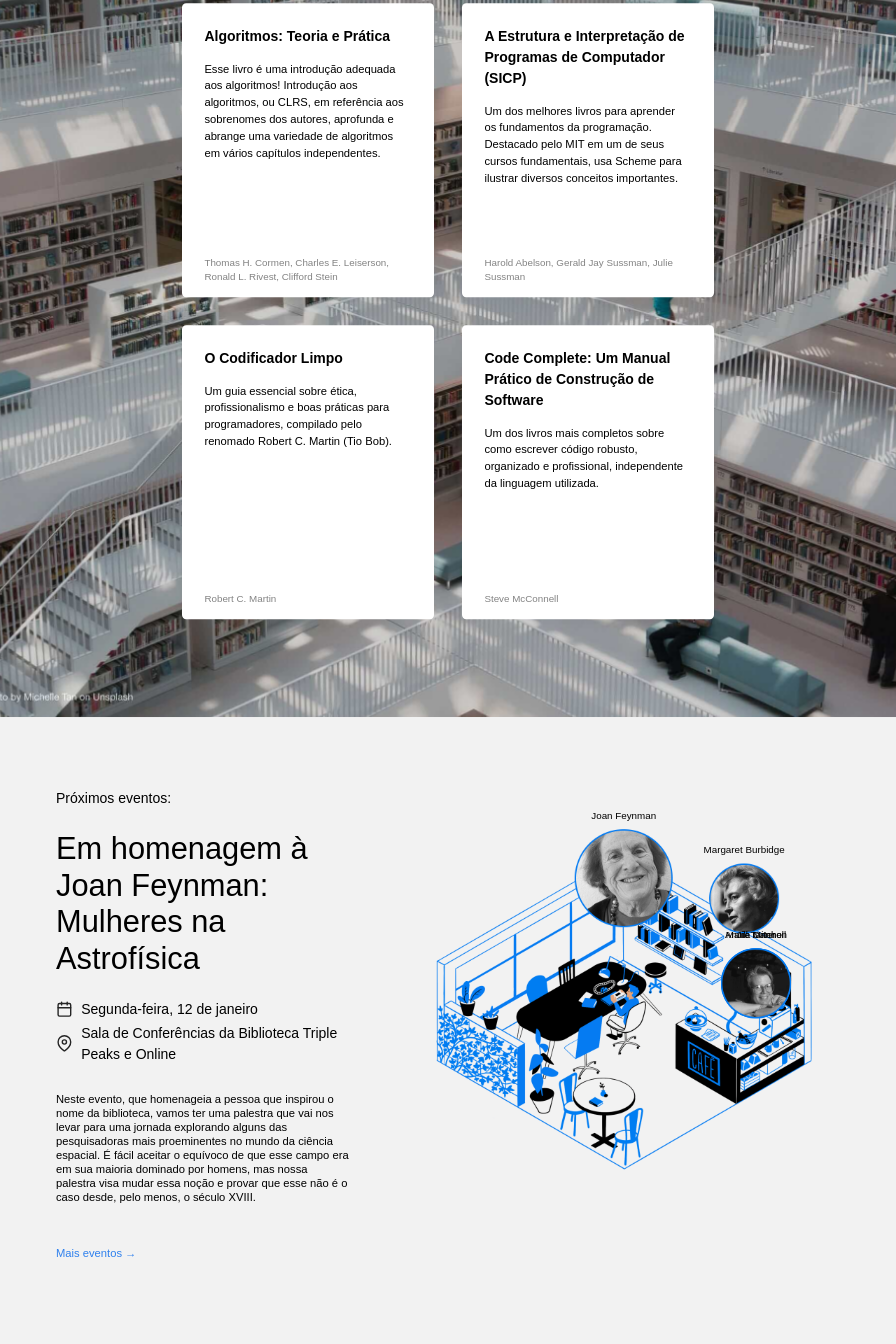
Repository: thainagomesc/web_project_library_pt
Page: index.html
These files come from the project's save history. The page is drawn as it stood at one moment and after the next save; the edit follows.
The browser window is 1280 px wide. The pictures show the part of the page from y = 962 to 2882 px (the page is 2882 px tall), at 70% of full size.

Above is the page before, as saved 2025-12-28 21:10:03.

After the next save:
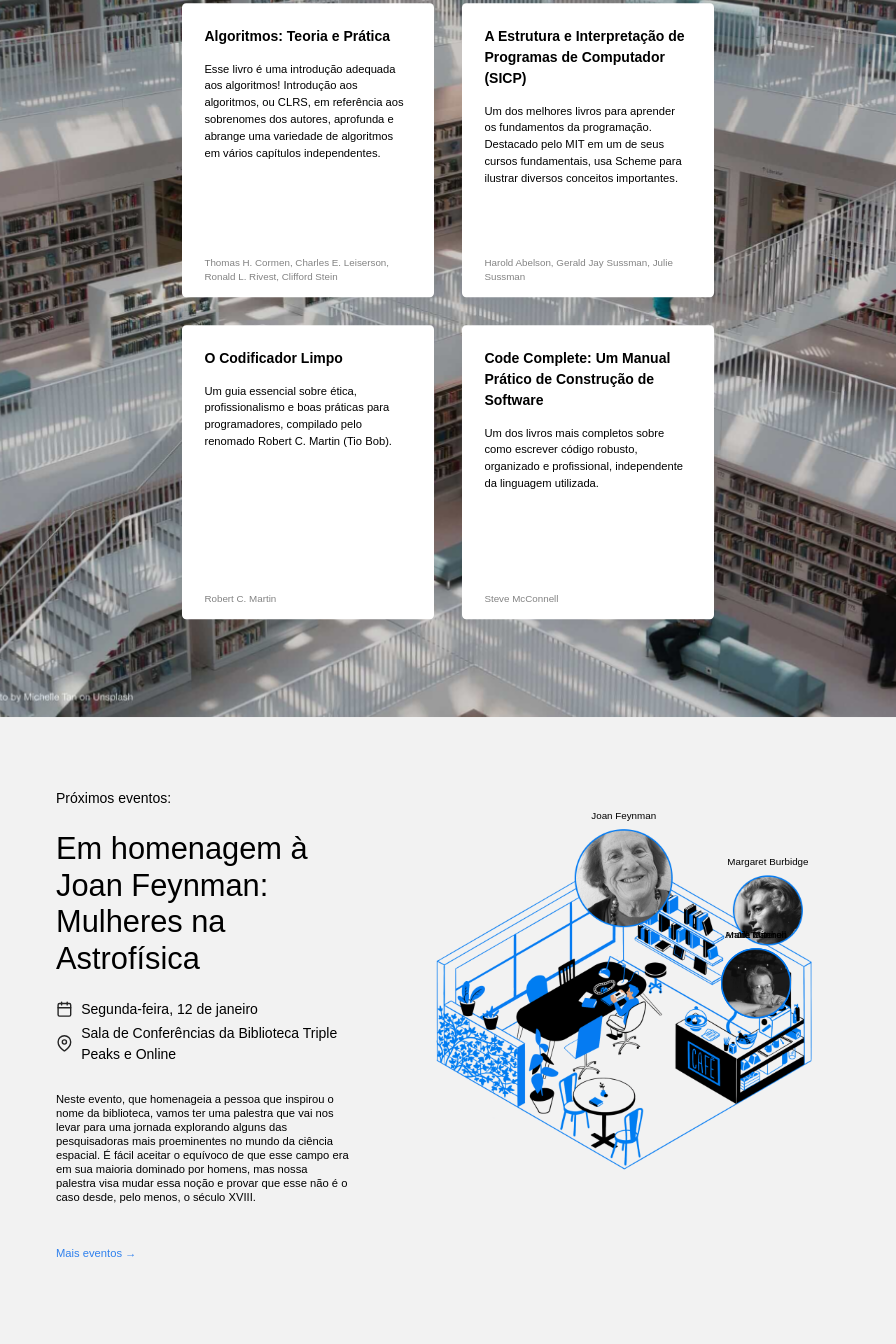
Saved 38 s later.
--- a/styles/style.css
+++ b/styles/style.css
@@ -250,8 +250,8 @@
 }
 
 .person_name_burbidge {
-  top: 79px;
-  right: 159px;
+  top: 96px;
+  right: 125px;
   bottom: auto;
   left: auto;
 }
